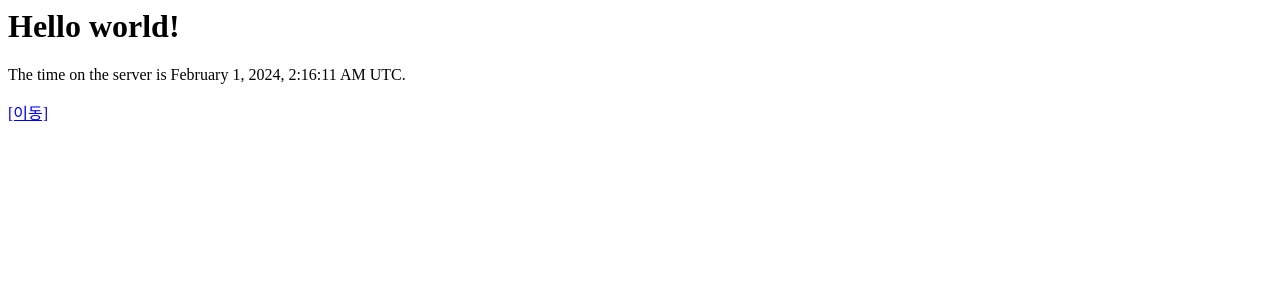
Repository: seonghun9906/sts3-Springboot
Page: http://localhost/spring-first/
These files come from the project's save history. The page is drawn as it stood at one moment and after the next save; the edit follows.
The browser window is 1280 px wide. The pictures show the whole page.
The page is served by Tomcat 9. Other server files are loaded and not shown. The template is opened directly, without the code that normally fills it, so the values that code supplies are empty.

Above is the page before, as saved 2024-02-01 05:00:15.

### spring-first/src/main/webapp/WEB-INF/views/home.jsp
<%@ page language="java" contentType="text/html; charset=UTF-8"
    pageEncoding="UTF-8"%>
<%@ taglib uri="http://java.sun.com/jsp/jstl/core" prefix="c" %>
<%@ page session="false" %>
<html>
<head>
	<title>Home</title>
</head>
<body>
<h1>
	Hello world!
</h1>

<P>  The time on the server is ${serverTime}. </P>
<a href = "first">[이동]</a>
</body>
</html>

After the next save:
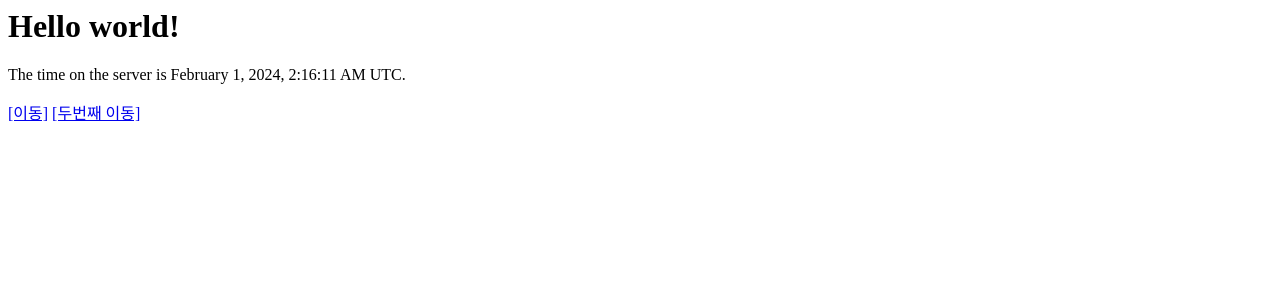
Saved 31 min 13 s later.
--- a/spring-first/src/main/webapp/WEB-INF/views/home.jsp
+++ b/spring-first/src/main/webapp/WEB-INF/views/home.jsp
@@ -13,5 +13,7 @@
 
 <P>  The time on the server is ${serverTime}. </P>
 <a href = "first">[이동]</a>
+ <!-- first : URI(식별자) -->
+ <a href = "second">[두번째 이동]</a>
 </body>
 </html>
